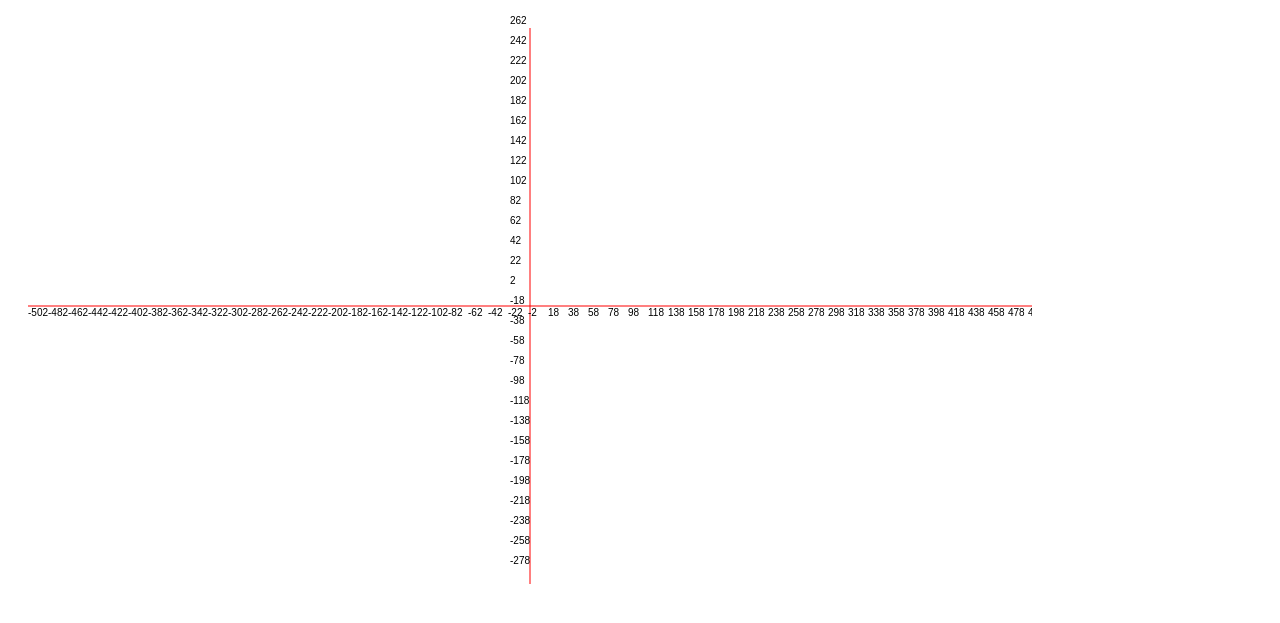
Repository: tclintaichung/book
Page: ex16/ex16_01/frame.html
An editor plug-in stored every save of this project. The page is shown before and after the next save, followed by the edit.
The browser window is 1280 px wide. The pictures show the whole page.

Above is the page before, as saved 2025-09-27 14:52:20.

After the next save:
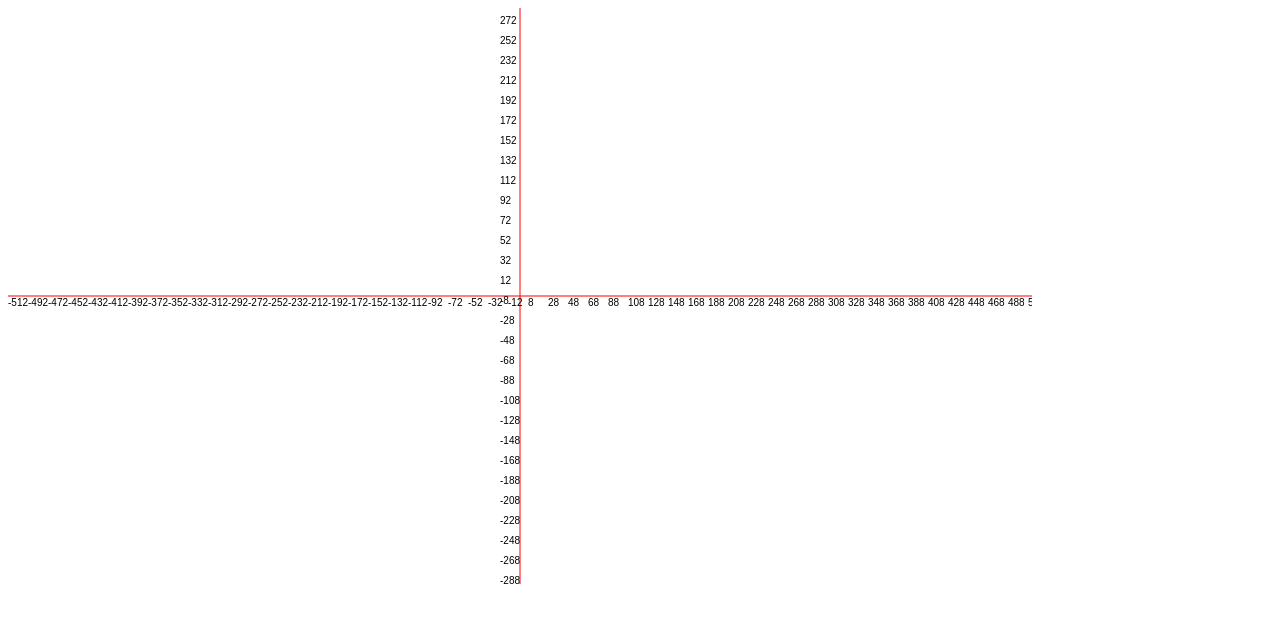
Saved 30 s later.
--- a/ex16/ex16_01/frame.html
+++ b/ex16/ex16_01/frame.html
@@ -21,7 +21,7 @@
         const point_y2 = [];
         const scale = 2.;
 
-        frame(20, myCanvas.width, 20, myCanvas.height);
+        frame(0, myCanvas.width, 0, myCanvas.height);
 
         function frame(x_min, x_max, y_min, y_max) {
             const center_x = (x_min + x_max) / 2;
